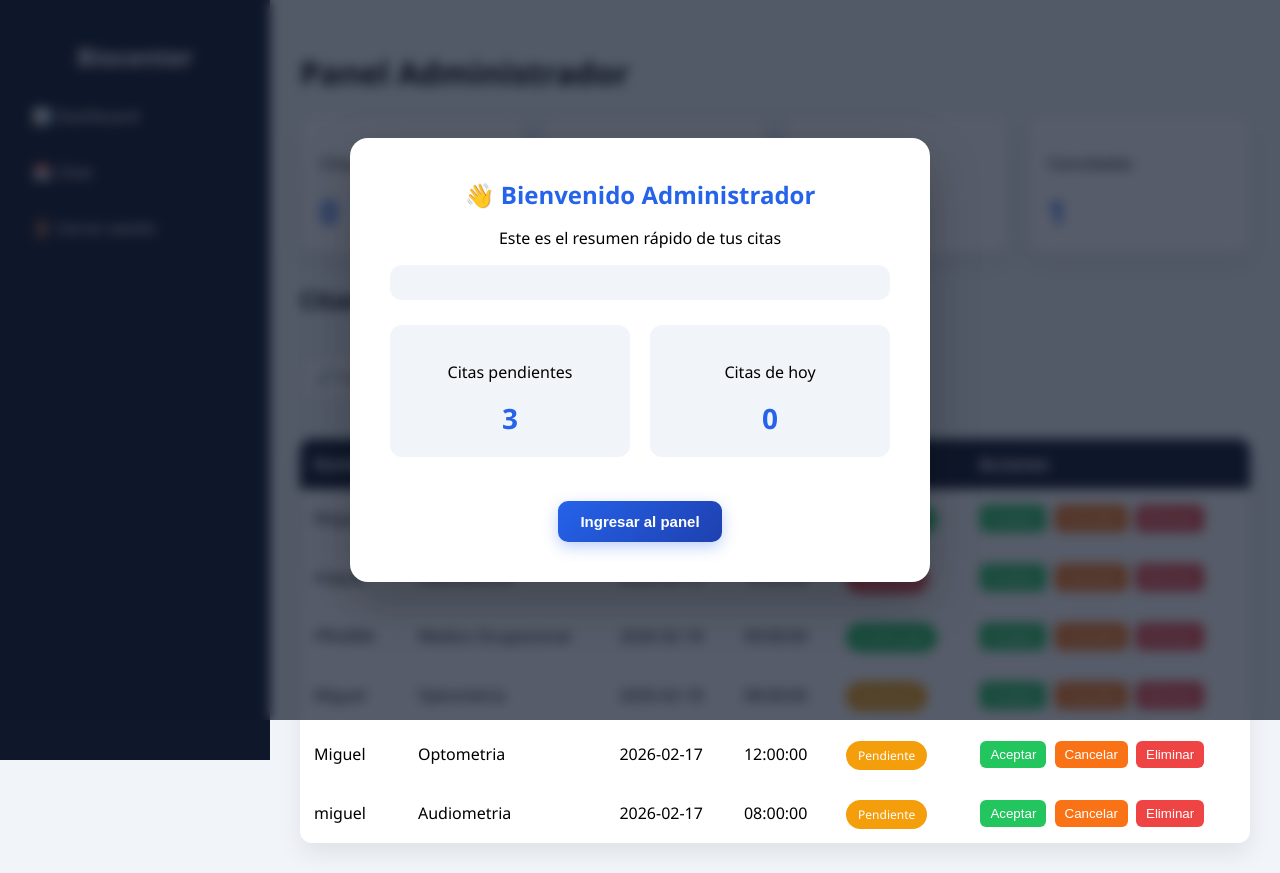
Repository: Miguelperdomo/Biocenter
Page: http://localhost/public_html/PHP/panel.php
An editor plug-in stored every save of this project. The page is shown before and after the next save, followed by the edit.
The browser window is 1280 px wide. The pictures show the whole page.
The page is run by PHP 8.4 with error messages shown; the project is at /var/www/html/. The session is filled in as if someone had signed in: {"admin": {"id": 1, "usuario": "admin", "email": "perdomomiguel2004@gmail.com"}}. Other server files are loaded and not shown. The database holds what the project's SQL file puts in it.

Above is the page before, as saved 2026-02-19 10:57:54.

### PHP/panel.php
<?php
session_start();
require "../conection/conexion.php";

if(!isset($_SESSION['admin'])){
    header("Location: ../login.php");
    exit();
}

/* CONTADORES */
$hoy = date("Y-m-d");

$citasHoy = $conn->query("SELECT COUNT(*) total FROM citas WHERE fecha='$hoy'")->fetch_assoc()['total'];
$pendientes = $conn->query("SELECT COUNT(*) total FROM citas WHERE estado='Pendiente'")->fetch_assoc()['total'];
$confirmadas = $conn->query("SELECT COUNT(*) total FROM citas WHERE estado='Confirmada'")->fetch_assoc()['total'];
$canceladas = $conn->query("SELECT COUNT(*) total FROM citas WHERE estado='Cancelada'")->fetch_assoc()['total'];

$citas = $conn->query("SELECT * FROM citas ORDER BY fecha DESC, hora DESC");
?>

<!DOCTYPE html>
<html lang="es">
<head>
<meta charset="UTF-8">
<meta name="viewport" content="width=device-width, initial-scale=1.0">
<title>Panel Administrador</title>

<style>

/* ===== GENERAL ===== */
body{
    margin:0;
    font-family:'Segoe UI';
    display:flex;
    background:#f1f5f9;
}

/* ===== SIDEBAR ===== */
.sidebar{
    width:230px;
    background:#0f172a;
    height:100vh;
    color:white;
    padding:20px;
}

.sidebar h2{text-align:center;}

.sidebar a{
    display:block;
    color:white;
    text-decoration:none;
    padding:12px;
    margin:10px 0;
    border-radius:8px;
    transition:.3s;
}

.sidebar a:hover{background:#2563eb;}

/* ===== CONTENIDO ===== */
.main{flex:1;padding:30px;}

.cards{
    display:grid;
    grid-template-columns:repeat(auto-fit,minmax(200px,1fr));
    gap:20px;
    margin-bottom:30px;
}

.card{
    background:white;
    padding:20px;
    border-radius:14px;
    box-shadow:0 10px 25px rgba(0,0,0,.08);
}

.card h3{margin:0;font-size:32px;color:#2563eb;}

/* ===== TABLA ===== */
table{
    width:100%;
    border-collapse:collapse;
    background:white;
    border-radius:12px;
    overflow:hidden;
    box-shadow:0 10px 25px rgba(0,0,0,.08);
}

th,td{padding:14px;text-align:left;}
th{background:#0f172a;color:white;}

.estado{
    padding:6px 12px;
    border-radius:20px;
    color:white;
    font-size:12px;
}
.pendiente{background:#f59e0b;}
.confirmada{background:#22c55e;}
.cancelada{background:#ef4444;}

.btn{
    padding:6px 10px;
    border:none;
    border-radius:6px;
    color:white;
    cursor:pointer;
    margin:2px;
}
.accept{background:#22c55e;}
.cancel{background:#f97316;}
.delete{background:#ef4444;}

/* ===== MODAL PREMIUM ===== */
.modal{
    display:none;
    position:fixed;
    inset:0;
    background:rgba(15,23,42,.7);
    backdrop-filter:blur(6px);
    justify-content:center;
    align-items:center;
}

.modal-content{
    background:white;
    border-radius:18px;
    padding:35px;
    width:90%;
    max-width:420px;
    text-align:center;
    box-shadow:0 20px 50px rgba(0,0,0,.25);
}

.modal-icon{font-size:50px;margin-bottom:15px;}

.modal-actions{
    display:flex;
    gap:15px;
    margin-top:20px;
}

.modal-actions button{
    flex:1;
    padding:12px;
    border:none;
    border-radius:10px;
    font-weight:600;
    cursor:pointer;
}

.btn-primary{background:#2563eb;color:white;}
.btn-secondary{background:#e2e8f0;color:#334155;}

/* BUSCADOR PROFESIONAL */

/* BUSCADOR PROFESIONAL IZQUIERDA */

.search-box{
    margin-bottom:20px;
    display:flex;
    justify-content:flex-start; /* 👈 CAMBIO CLAVE */
}

.search-box input{
    width:350px;
    max-width:100%;
    padding:12px 15px;
    border-radius:10px;
    border:1px solid #cbd5e1;
    font-size:15px;
    transition:.3s;
    background:#fff;
}
.search-box{
    margin:20px 0;
}

.search-box input{
    width:100%;
    max-width:400px;
}



.search-box input:focus{
    outline:none;
    border-color:#2563eb;
    box-shadow:0 0 8px rgba(37,99,235,.25);
}

/* CONTENEDOR BUSCADOR + BOTON */

.search-container{
    display:flex;
    align-items:center;
    gap:15px;
    margin:20px 0;
}

/* BOTON NUEVA CITA PREMIUM */

.btn-new{
    background:linear-gradient(135deg,#2563eb,#1e40af);
    color:white;
    border:none;
    padding:12px 22px;
    border-radius:10px;
    font-weight:600;
    cursor:pointer;
    font-size:15px;
    box-shadow:0 5px 15px rgba(37,99,235,.3);
    transition:.3s;
}

.btn-new:hover{
    transform:translateY(-2px);
    box-shadow:0 10px 20px rgba(37,99,235,.4);
}


/* ===== MODAL BIENVENIDA ===== */

.modal-bienvenida{
    display:none;
    position:fixed;
    inset:0;
    background:rgba(15,23,42,.7);
    backdrop-filter:blur(6px);
    justify-content:center;
    align-items:center;
    z-index:999;
}

.bienvenida-box{
    background:white;
    border-radius:18px;
    padding:40px;
    width:90%;
    max-width:500px;
    text-align:center;
    box-shadow:0 20px 50px rgba(0,0,0,.25);
    animation:aparecer .4s ease;
}

.bienvenida-box h2{
    margin:0 0 15px;
    color:#2563eb;
}

.bienvenida-info{
    display:flex;
    gap:20px;
    margin-top:25px;
}

.bienvenida-card{
    flex:1;
    background:#f1f5f9;
    padding:20px;
    border-radius:12px;
}

.bienvenida-card h3{
    margin:0;
    font-size:28px;
    color:#2563eb;
}

.fecha-hora-box{
    background:#f1f5f9;
    padding:15px;
    border-radius:12px;
    margin:15px 0 25px 0;
    text-align:center;
}

.fecha-hora-box p{
    margin:0;
    font-size:14px;
    color:#64748b;
}

.fecha-hora-box h3{
    margin:5px 0 0 0;
    font-size:28px;
    color:#2563eb;
}


@keyframes aparecer{
    from{transform:scale(.8);opacity:0}
    to{transform:scale(1);opacity:1}
}

</style>
</head>

<body>

<div class="sidebar">
<h2>Biocenter</h2>
<a href="panel.php">📊 Dashboard</a>
<a href="#">📅 Citas</a>
<a href="logout.php">🚪 Cerrar sesión</a>
</div>

<div class="main">

<h1>Panel Administrador</h1>

<div class="cards">
<div class="card"><p>Citas Hoy</p><h3><?=$citasHoy?></h3></div>
<div class="card"><p>Pendientes</p><h3><?=$pendientes?></h3></div>
<div class="card"><p>Confirmadas</p><h3><?=$confirmadas?></h3></div>
<div class="card"><p>Canceladas</p><h3><?=$canceladas?></h3></div>
</div>

<h2>Citas agendadas</h2>

<div class="search-container">

    <div class="search-box">
        <input type="text" id="buscarCita" placeholder="🔎 Buscar por nombre, servicio, fecha o estado...">
    </div>

    <button class="btn-new" onclick="nuevaCita()">
        + Nueva Cita
    </button>

</div>


<table>
<tr>
<th>Nombre</th>
<th>Servicio</th>
<th>Fecha</th>
<th>Hora</th>
<th>Estado</th>
<th>Acciones</th>
</tr>

<?php while($row=$citas->fetch_assoc()): ?>

<tr>
<td><?=$row['nombre_completo']?></td>
<td><?=$row['tipo_servicio']?></td>
<td><?=$row['fecha']?></td>
<td><?=$row['hora']?></td>

<td>
<span class="estado
<?= $row['estado']=="Pendiente"?"pendiente":($row['estado']=="Confirmada"?"confirmada":"cancelada") ?>">
<?=$row['estado']?>
</span>
</td>

<td>
<button class="btn accept" onclick="confirmar(<?=$row['id']?>,'confirmar')">Aceptar</button>
<button class="btn cancel" onclick="confirmar(<?=$row['id']?>,'cancelar')">Cancelar</button>
<button class="btn delete" onclick="confirmar(<?=$row['id']?>,'eliminar')">Eliminar</button>
</td>
</tr>

<?php endwhile; ?>
</table>

</div>

<!-- MODAL CONFIRM -->
<div id="modalConfirm" class="modal">
<div class="modal-content">
<div class="modal-icon" id="icono">⚠️</div>
<h2 id="titulo"></h2>
<p id="texto"></p>
<div class="modal-actions">
<button class="btn-primary" onclick="ejecutar()">Confirmar</button>
<button class="btn-secondary" onclick="cerrar()">Cancelar</button>
</div>
</div>
</div>

<form id="formAccion" method="POST" action="accion_cita.php">
<input type="hidden" name="id" id="idCita">
<input type="hidden" name="accion" id="accionCita">
</form>

<!-- MODAL BIENVENIDA -->
<div id="modalBienvenida" class="modal-bienvenida">

    <div class="bienvenida-box">

        <h2>👋 Bienvenido Administrador</h2>
        <p>Este es el resumen rápido de tus citas</p>

        <!-- FECHA Y HORA -->
        <div class="fecha-hora-box">
            <p id="fechaActual"></p>
            <h3 id="horaActual"></h3>
        </div>

        <div class="bienvenida-info">

            <div class="bienvenida-card">
                <p>Citas pendientes</p>
                <h3><?=$pendientes?></h3>
            </div>

            <div class="bienvenida-card">
                <p>Citas de hoy</p>
                <h3><?=$citasHoy?></h3>
            </div>

        </div>

        <br><br>

        <button class="btn-new" onclick="cerrarBienvenida()">Ingresar al panel</button>

    </div>

</div>




<script>

let idActual="";
let accionActual="";

function confirmar(id,accion){

idActual=id;
accionActual=accion;

document.getElementById("modalConfirm").style.display="flex";

if(accion=="confirmar"){
icono.innerHTML="🟢";
titulo.innerText="Confirmar Cita";
texto.innerText="¿Deseas confirmar esta cita médica?";
}

if(accion=="cancelar"){
icono.innerHTML="🟠";
titulo.innerText="Cancelar Cita";
texto.innerText="¿Deseas cancelar esta cita?";
}

if(accion=="eliminar"){
icono.innerHTML="🔴";
titulo.innerText="Eliminar Cita";
texto.innerText="Esta acción no se puede deshacer.";
}
}

function cerrar(){
document.getElementById("modalConfirm").style.display="none";
}

function ejecutar(){
document.getElementById("idCita").value=idActual;
document.getElementById("accionCita").value=accionActual;
document.getElementById("formAccion").submit();
}

</script>

<script>

const buscador = document.getElementById("buscarCita");

buscador.addEventListener("keyup", function(){

    let filtro = buscador.value.toLowerCase();
    let filas = document.querySelectorAll("table tr");

    filas.forEach((fila, index) => {

        if(index === 0) return; // saltar encabezado

        let texto = fila.textContent.toLowerCase();

        if(texto.includes(filtro)){
            fila.style.display = "";
        }else{
            fila.style.display = "none";
        }

    });

});

</script>
<script>

function nuevaCita(){
    window.location.href = "../formulario.php";
}

</script>
<script>

// Mostrar automáticamente al entrar
window.onload = function(){
    document.getElementById("modalBienvenida").style.display="flex";
}

function cerrarBienvenida(){
    document.getElementById("modalBienvenida").style.display="none";
}

</script>


</body>
</html>

### conection/conexion.php
<?php
$host="localhost";
$user="root";
$pass="";
$db="biocenter";

$conn=new mysqli($host,$user,$pass,$db);

if($conn->connect_error){
    die("Error de conexión");
}
?>

### biocenter (2).sql (the tables this page reads)
CREATE TABLE `citas` (
  `id` int(11) NOT NULL,
  `nombre_completo` varchar(150) NOT NULL,
  `email` varchar(120) NOT NULL,
  `telefono` varchar(20) NOT NULL,
  `tipo_servicio` enum('Medico Ocupacional','Optometria','Audiometria','Laboratorios') NOT NULL,
  `tipo_usuario` enum('Persona Natural','Empresa') NOT NULL,
  `fecha` date NOT NULL,
  `hora` time NOT NULL,
  `estado` enum('Pendiente','Confirmada','Cancelada') DEFAULT 'Pendiente',
  `fecha_registro` timestamp NOT NULL DEFAULT current_timestamp(),
  `observaciones` text DEFAULT NULL
) ENGINE=InnoDB DEFAULT CHARSET=utf8mb4 COLLATE=utf8mb4_general_ci;

INSERT INTO `citas` (`id`, `nombre_completo`, `email`, `telefono`, `tipo_servicio`, `tipo_usuario`, `fecha`, `hora`, `estado`, `fecha_registro`, `observaciones`) VALUES
(1, 'Miguel', 'sistemas@gamil.com', '3160539301', 'Optometria', 'Persona Natural', '2026-02-18', '08:00:00', 'Pendiente', '2026-02-17 17:58:15', 'Pruebaaa'),
(2, 'PRUEBA', 'thebugscompile@gmail.com', '3133854821', 'Medico Ocupacional', 'Empresa', '2026-02-18', '09:00:00', 'Confirmada', '2026-02-17 18:01:56', 'Purba'),
(3, 'miguel', 'biocentersaludocupacional@gmail.com', '3123591195', 'Laboratorios', 'Empresa', '2026-02-19', '12:00:00', 'Cancelada', '2026-02-17 18:03:08', 'sdfafaswdfasdf'),
(4, 'Miguel', 'thebugscompile@gmail.com', '3160539301', 'Optometria', 'Empresa', '2026-02-17', '12:00:00', 'Pendiente', '2026-02-17 18:10:38', 'sdds'),
(5, 'miguel', 'biocentersaludocupacional@gmail.com', '3133854821', 'Audiometria', 'Empresa', '2026-02-17', '08:00:00', 'Pendiente', '2026-02-17 18:13:50', 'VJF'),
(6, 'Miguel', 'thebugscompile@gmail.com', '3133854821', 'Audiometria', 'Empresa', '2026-02-24', '12:00:00', 'Confirmada', '2026-02-17 18:19:38', 'prueba');

ALTER TABLE `citas`
  ADD PRIMARY KEY (`id`);

ALTER TABLE `citas`
  MODIFY `id` int(11) NOT NULL AUTO_INCREMENT, AUTO_INCREMENT=8;

After the next save:
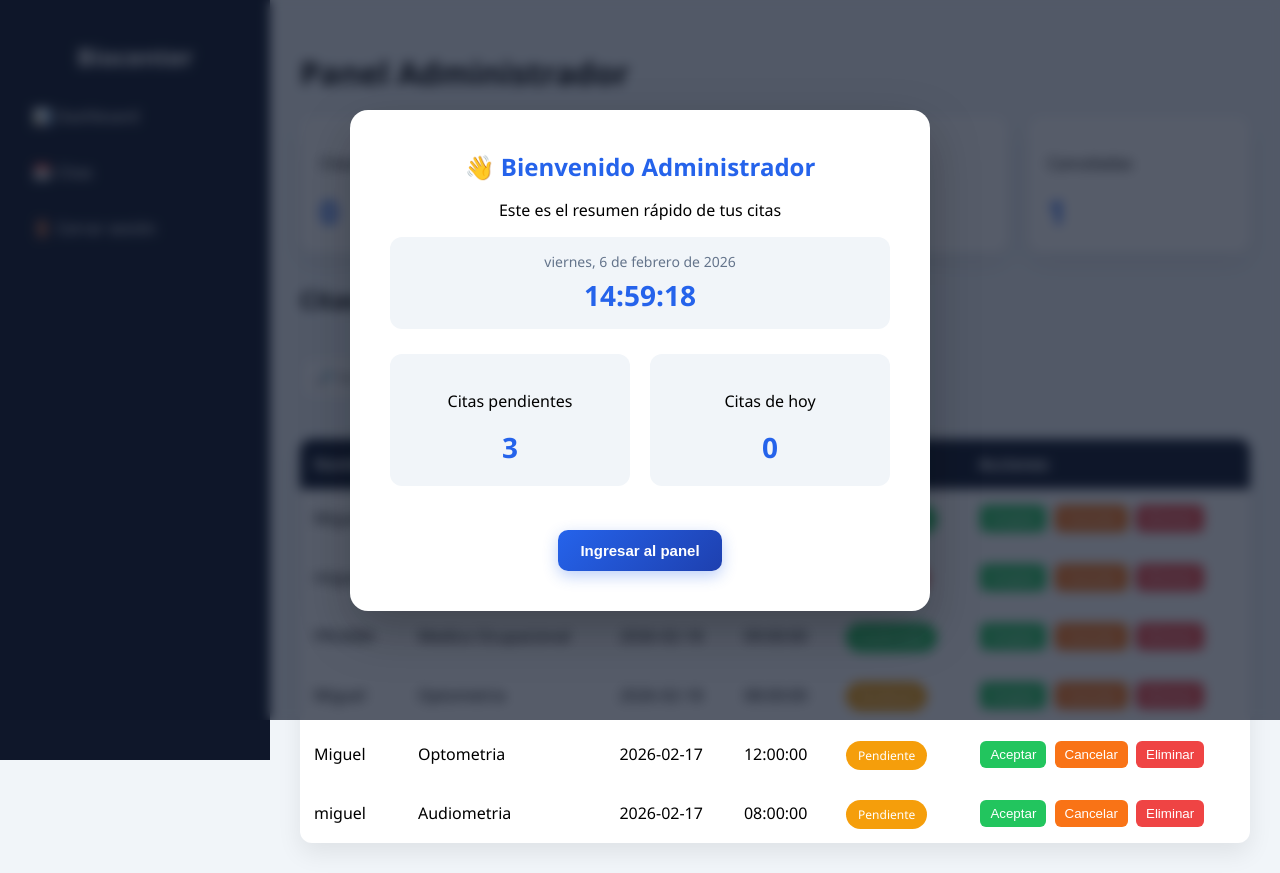
Saved 15 s later.
--- a/PHP/panel.php
+++ b/PHP/panel.php
@@ -504,9 +504,36 @@
 </script>
 <script>
 
-// Mostrar automáticamente al entrar
-window.onload = function(){
-    document.getElementById("modalBienvenida").style.display="flex";
+/* MOSTRAR MODAL SOLO UNA VEZ POR SESIÓN */
+
+window.onload = function() {
+
+    if (!sessionStorage.getItem("modalBienvenidaMostrado")) {
+        document.getElementById("modalBienvenida").style.display = "flex";
+        sessionStorage.setItem("modalBienvenidaMostrado", "true");
+    }
+
+    actualizarFechaHora();
+    setInterval(actualizarFechaHora, 1000);
+};
+
+/* ACTUALIZAR FECHA Y HORA */
+
+function actualizarFechaHora() {
+    const ahora = new Date();
+
+    const opcionesFecha = {
+        weekday: 'long',
+        year: 'numeric',
+        month: 'long',
+        day: 'numeric'
+    };
+
+    document.getElementById("fechaActual").innerText =
+        ahora.toLocaleDateString("es-ES", opcionesFecha);
+
+    document.getElementById("horaActual").innerText =
+        ahora.toLocaleTimeString("es-ES");
 }
 
 function cerrarBienvenida(){
@@ -516,5 +543,6 @@
 </script>
 
 
+
 </body>
 </html>

After the save that followed:
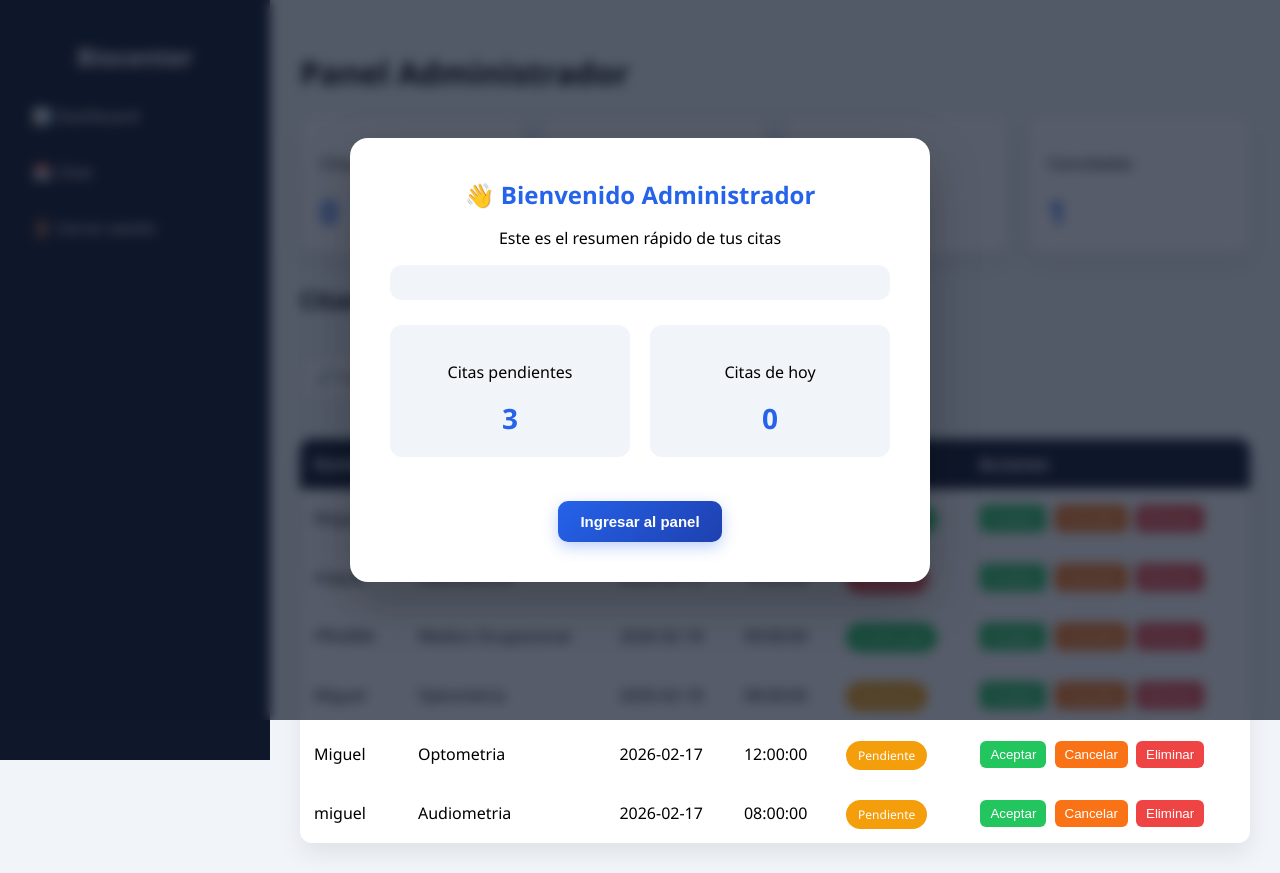
Saved 17 s later.
--- a/PHP/panel.php
+++ b/PHP/panel.php
@@ -504,36 +504,9 @@
 </script>
 <script>
 
-/* MOSTRAR MODAL SOLO UNA VEZ POR SESIÓN */
-
-window.onload = function() {
-
-    if (!sessionStorage.getItem("modalBienvenidaMostrado")) {
-        document.getElementById("modalBienvenida").style.display = "flex";
-        sessionStorage.setItem("modalBienvenidaMostrado", "true");
-    }
-
-    actualizarFechaHora();
-    setInterval(actualizarFechaHora, 1000);
-};
-
-/* ACTUALIZAR FECHA Y HORA */
-
-function actualizarFechaHora() {
-    const ahora = new Date();
-
-    const opcionesFecha = {
-        weekday: 'long',
-        year: 'numeric',
-        month: 'long',
-        day: 'numeric'
-    };
-
-    document.getElementById("fechaActual").innerText =
-        ahora.toLocaleDateString("es-ES", opcionesFecha);
-
-    document.getElementById("horaActual").innerText =
-        ahora.toLocaleTimeString("es-ES");
+// Mostrar automáticamente al entrar
+window.onload = function(){
+    document.getElementById("modalBienvenida").style.display="flex";
 }
 
 function cerrarBienvenida(){
@@ -543,6 +516,5 @@
 </script>
 
 
-
 </body>
 </html>
